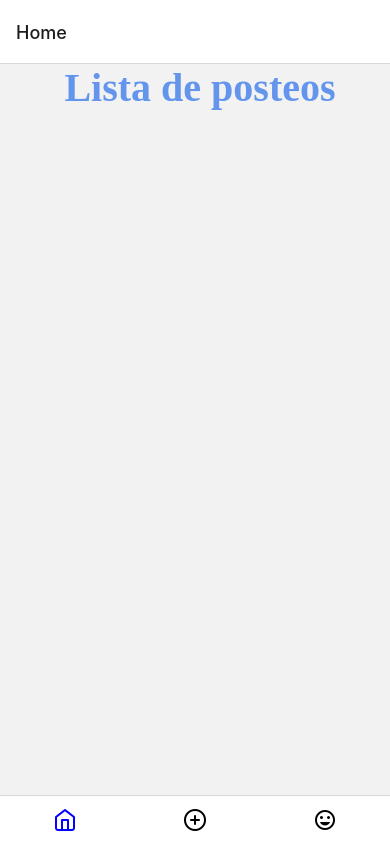
Repository: larafernandezo/finalprog3
Screen: /Menu
The author's editor kept a copy of each file at every save. The screen is drawn from the files as they stood at one save, then again after the next save.
The page's requests for data from a server got no answer. The app was drawn by React Native's web renderer in a window 390 px wide. The project was rebuilt for these pictures with package versions that can differ from the ones it lists, and the page was loaded fresh each time. No one was signed in, and anything a server would have sent is missing. Also part of the build but not shown: src/components/Camera.js, src/screens/Registro.js, src/components/Post.js, src/screens/MiPerfil.js, src/screens/NuevoPost.js, src/screens/Perfil.js.

Above is the screen before, as saved 2022-11-22 11:25:26.

### App.js
import { StyleSheet, View } from 'react-native';
import { NavigationContainer } from '@react-navigation/native';
import { createNativeStackNavigator } from '@react-navigation/native-stack';
import Registro from './src/screens/Registro';
import Login from './src/screens/Login';
import Home from './src/screens/Home';
import Menu from './src/components/Menu';
import Perfil from './src/screens/Perfil';


const Stack = createNativeStackNavigator();


function App() {
  return (
    <NavigationContainer>
      <Stack.Navigator>
        <Stack.Screen name='Login' component={Login} options= {{ headerShown : false}}/>
        <Stack.Screen name='Registro' component={Registro} options= {{ headerShown : false}}/>
        <Stack.Screen name='Home' component={Home} options= {{ headerShown : false}}/>
        <Stack.Screen name='Menu' component={Menu} options= {{ headerShown : false}}/>
      </Stack.Navigator>
    </NavigationContainer>
  );
};

export default App;

### src/screens/Login.js
import React, {Component} from 'react';
import {auth} from '../firebase/config';
import {View, Text, StyleSheet, TextInput, TouchableOpacity, Image} from 'react-native';

class Login extends Component {
    constructor(){
        super()
        this.state = {
            email: "",
            contraseña: "",
            error: ""
        }
    }

    componentDidMount(){
        auth.onAuthStateChanged(usuario => {
            if (usuario){
                this.props.navigation.navigate ("Menu")
            }
        })
    }

    iniciarUsuario(email, contraseña){
        auth.signInWithEmailAndPassword(email, contraseña)
            .then( res => {
                this.props.navigation.navigate("Menu")
            })
            .catch(error =>
                this.setState({
                error: error.message
            })
            )
    }

    render(){
        return(
            <View style={styles.fondo}>

            <Text style={styles.error}>{this.state.error}</Text>


                <Text style={styles.titulo}>Iniciar Sesión</Text>

                <View style={styles.caja}>
                <Text style={styles.error}>{this.state.error}</Text>
                    <TextInput
                        placeholder= 'Cuenta de Email'
                        keyboardType= 'email-address'
                        onChangeText={ texto => this.setState({email : texto})}
                        value = {this.state.email}
                        style={styles.fillin}
                    />
                    <TextInput
                        placeholder= 'Contraseña'
                        keyboardType= 'default'
                        secureTextEntry = {true}
                        onChangeText={ texto => this.setState({contraseña : texto})}
                        value = {this.state.contraseña}
                        style={styles.fillin}
                    />


{
                this.state.email =="" || this.state.contraseña =="" ?
                    <TouchableOpacity>
                        <Text style={styles.alerta}>Ingresar</Text>
                    </TouchableOpacity>
                :
                    <TouchableOpacity onPress={ () => this.iniciarUsuario (this.state.email, this.state.contraseña)} >
                        <Text style={styles.cont}>Ingresar</Text>
                    </TouchableOpacity>

}

                    <Text onPress={ () => this.props.navigation.navigate ('Registro')} style={styles.switch}>¿No tenés cuenta? Registrate haciendo click aquí</Text>
                </View>
            </View>
        )
    }
}

const styles = StyleSheet.create({
    fondo: {
        alignItems: 'center',
        backgroundColor: 'rgb(234, 242, 248)',
    },
    titulo: {
        color: 'rgb(52, 152, 219)',
        fontFamily: 'avenir',
        fontSize: 26,
        margin: 60,
    },
    caja:{
        backgroundColor: 'rgb(215, 219, 221)',
        borderRadius: 6,
        padding: 20,

    },
    fillin: {
        backgroundColor: 'rgb(253, 254, 254)',
        color: 'rgb(179, 182, 183)',
        fontFamily: 'avenir',
        fontSize: 13,
        margin: 10,
        borderRadius: 6,
        textAlign: 'center',
        padding: 5,
        textAlign: 'left',
    },
    cont: {
        fontFamily: 'avenir',
        fontSize: 14,
        margin: 10,
        backgroundColor: 'rgb(234,252,255)',
        borderRadius: 10,
        textAlign: 'center',
        padding: 5,
    },
    alerta: {
        fontFamily: 'avenir',
        fontSize: 14,
        margin: 10,
        backgroundColor: 'rgb(52, 152, 219)',
        borderRadius: 10,
        textAlign: 'center',
        padding: 5,
        color: 'rgb(234,252,255)',
    },
    switch: {
        fontFamily: 'avenir',
        fontSize: 10,
        margin: 4,
        textAlign: 'center',
        color:'rgb(77, 86, 86)',
    },
    error: {
        fontFamily: 'avenir',
        fontSize: 19,
        margin: 20,
        color: 'rgb(203, 67, 53)'
    },
})



export default Login;

### src/screens/Home.js
import React, { Component } from 'react';
import { View, Text, FlatList,  StyleSheet, TextInput} from 'react-native';
import Post from '../components/Post';
import { db } from '../firebase/config'


class Posts extends Component {

    constructor(props) {
        super(props)
        this.state = {
            posteos: [],
        }
    }

    componentDidMount() {
        db.collection('posts').onSnapshot(
            docs => {
                let posts = [];
                docs.forEach(doc => {
                    posts.push({
                        id: doc.id,
                        data: doc.data()
                    })
                })
                this.setState({
                    posteos: posts,
                })
            })
    }

    render() {
        return (
          //prueba1 descomento para ver si funca
            <View style={styles.view}>
            <Text style={styles.title}> Lista de posteos</Text>
            <FlatList
                    data={this.state.posteos}
                    keyExtractor={ item => item.id.toString()}
                    renderItem={ ({item}) => <Post postData={item} navigation={this.props.navigation} id={item.id}/>}
            />
            </View>
        )
    }
}
const styles = StyleSheet.create({

   title:{
        fontSize: 40,
        fontWeight:'bold',
        textAlign:'center',
        fontFamily: 'raleway heavy',
        color: 'rgb(100, 149, 237)'

    },
    view:{
        flex:1
    }
})

export default Posts;

### src/components/Menu.js
import { createBottomTabNavigator} from '@react-navigation/bottom-tabs';
import MiPerfil from '../screens/MiPerfil';
import NuevoPost from "../screens/NuevoPost"
import Home from '../screens/Home';
import { AntDesign, Ionicons } from '@expo/vector-icons';
import React, { Component } from 'react';
import { MaterialIcons } from '@expo/vector-icons';
import { Feather } from '@expo/vector-icons';

const Tab = createBottomTabNavigator();

function Menu () {
    return(
        <Tab.Navigator screenOptions = {{ tabBarShowLabel: false}}>
                <Tab.Screen name = "Home" component={ Home } options ={ { tabBarIcon: () => <Feather name="home" size={24} color="blue" /> } }  />
            <Tab.Screen name = "Postear" component={ NuevoPost }  options ={{ tabBarIcon: () => <Feather name="plus-circle" size={24} color="Orchid" /> }}/>
            <Tab.Screen name = "Perfil" component={ MiPerfil } options={{ tabBarIcon: () => <MaterialIcons name="tag-faces" size={24} color="SandyBrown" /> }}/>
        </Tab.Navigator>
    );
};

export default Menu;

### src/firebase/config.js
import app from 'firebase/app';
import firebase from 'firebase';

const firebaseConfig = {
    apiKey: "AIzaSyDPgkPZuV5RhBSI7u_oFMlRH3es895rxlU",
    authDomain: "finalprog3-bb705.firebaseapp.com",
    projectId: "finalprog3-bb705",
    storageBucket: "finalprog3-bb705.appspot.com",
    messagingSenderId: "894733539643",
    appId: "1:894733539643:web:6ef31fb78c2644aa783f1e"
  };

app.initializeApp(firebaseConfig);

export const auth = firebase.auth();
export const storage = app.storage();
export const db = app.firestore();

After the next save:
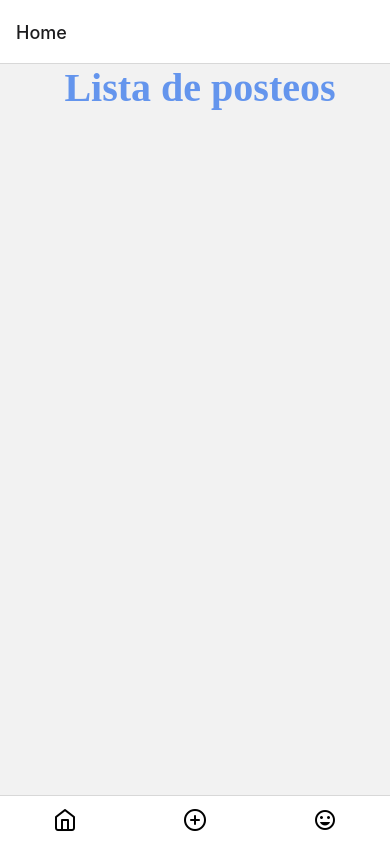
Saved 47 s later.
--- a/src/components/Menu.js
+++ b/src/components/Menu.js
@@ -12,7 +12,7 @@ const Tab = createBottomTabNavigator();
 function Menu () {
     return(
         <Tab.Navigator screenOptions = {{ tabBarShowLabel: false}}>
-                <Tab.Screen name = "Home" component={ Home } options ={ { tabBarIcon: () => <Feather name="home" size={24} color="blue" /> } }  />
+                <Tab.Screen name = "Home" component={ Home } options ={ { tabBarIcon: () => <Feather name="home" size={24} color="YellowGreen" /> } }  />
             <Tab.Screen name = "Postear" component={ NuevoPost }  options ={{ tabBarIcon: () => <Feather name="plus-circle" size={24} color="Orchid" /> }}/>
             <Tab.Screen name = "Perfil" component={ MiPerfil } options={{ tabBarIcon: () => <MaterialIcons name="tag-faces" size={24} color="SandyBrown" /> }}/>
         </Tab.Navigator>
